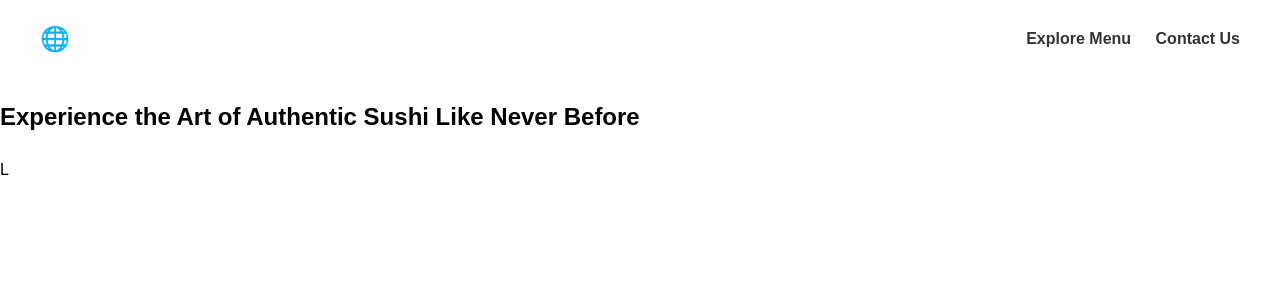
Repository: Femi007-gh/experience
Page: index.html
An editor plug-in stored every save of this project. The page is shown before and after the next save, followed by the edit.
The browser window is 1280 px wide. The pictures show the whole page.

Above is the page before, as saved 2025-01-13 07:33:12.

After the next save:
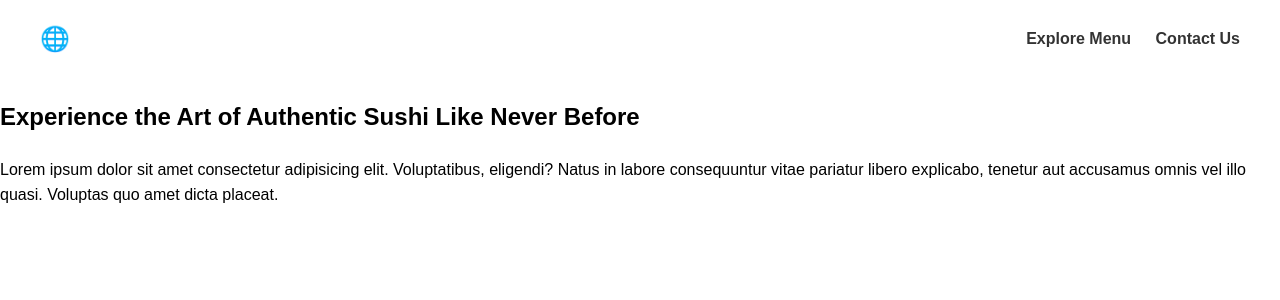
Saved 5 s later.
--- a/index.html
+++ b/index.html
@@ -14,7 +14,7 @@
     <main>
       <section class="hero">
         <h1>Experience the Art of Authentic Sushi Like Never Before</h1>
-        <p>L</p>
+        <p>Lorem ipsum dolor sit amet consectetur adipisicing elit. Voluptatibus, eligendi? Natus in labore consequuntur vitae pariatur libero explicabo, tenetur aut accusamus omnis vel illo quasi. Voluptas quo amet dicta placeat.</p>
       </section>
     </main>
   </body>
